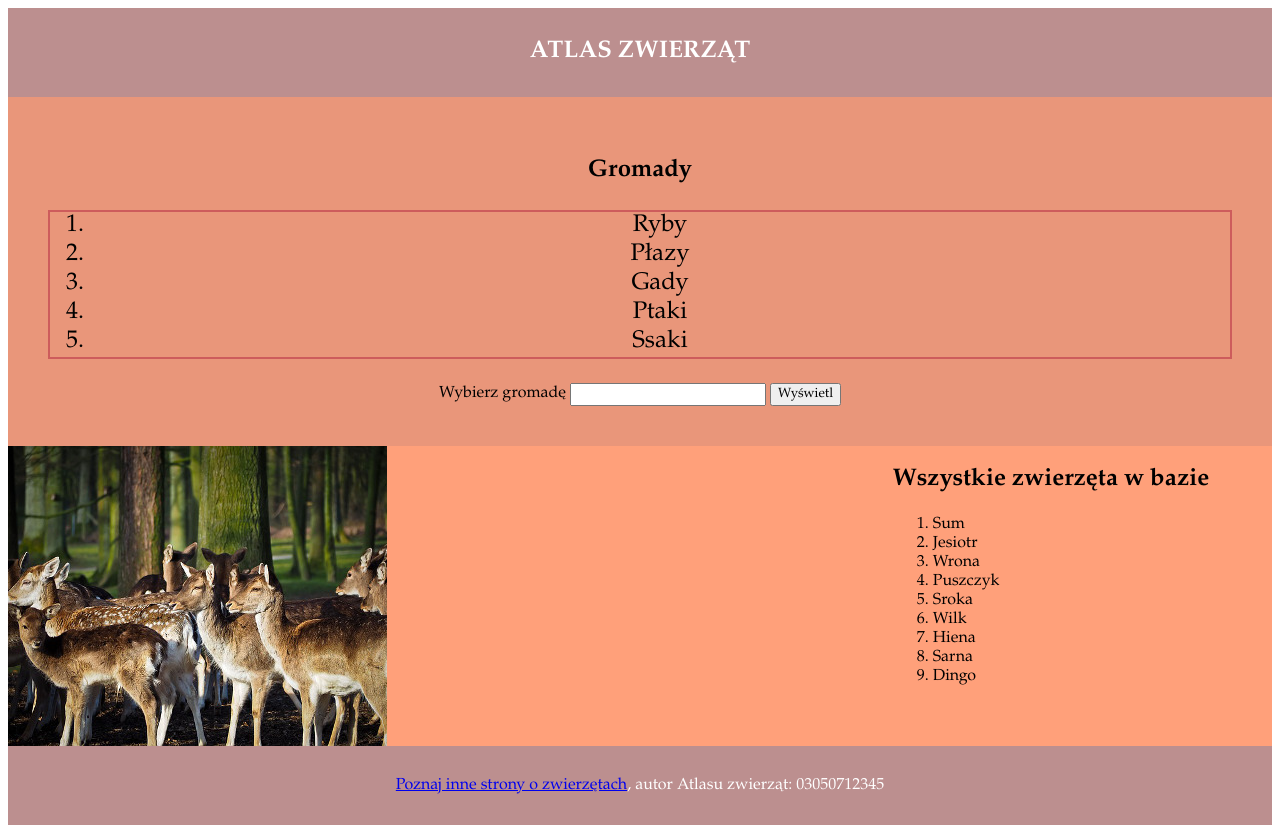
Repository: Lenerystia/HTML
Page: Zad.egz_3/index.html
These files come from the project's save history. The page is drawn as it stood at one moment and after the next save; the edit follows.
The browser window is 1280 px wide. The pictures show the whole page.

Above is the page before, as saved 2021-12-22 14:08:56.

After the next save:
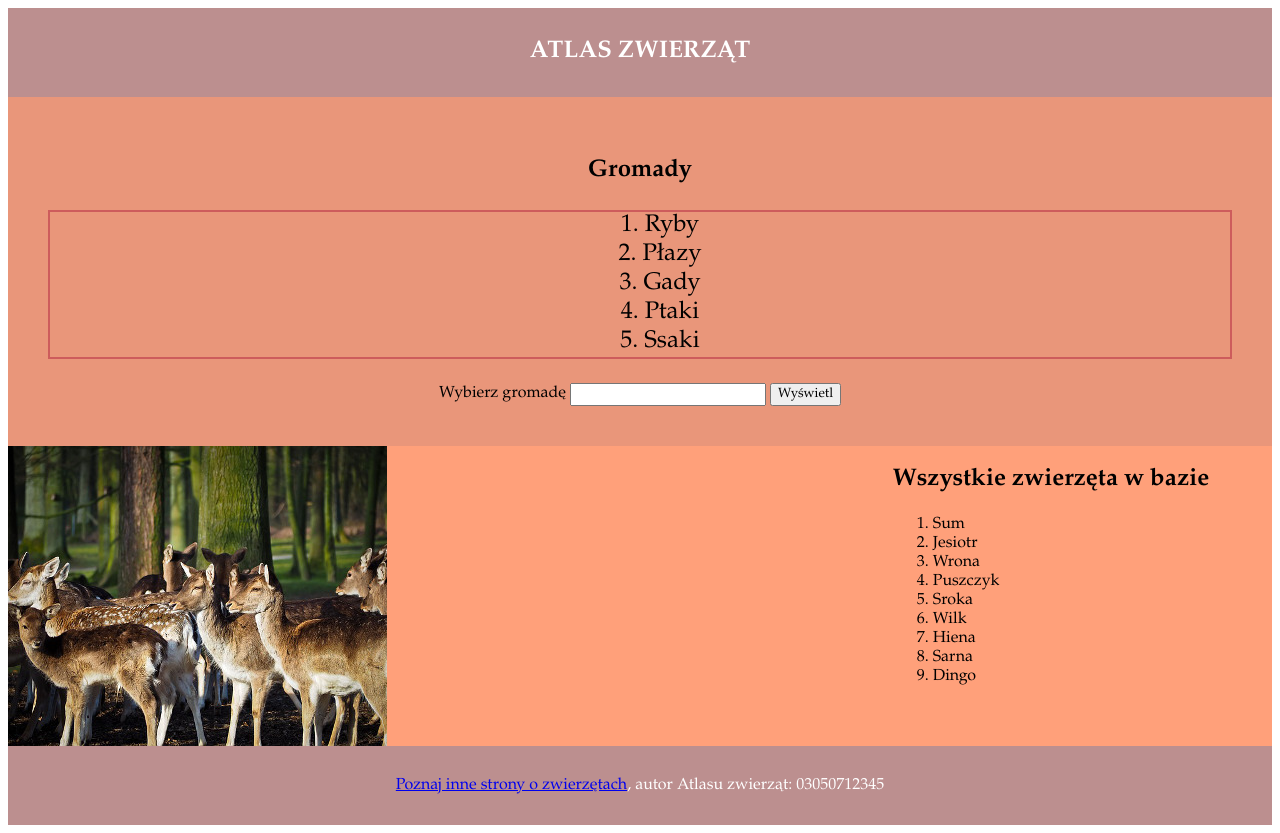
Saved 42 s later.
--- a/Zad.egz_3/styl3.css
+++ b/Zad.egz_3/styl3.css
@@ -10,6 +10,7 @@
 .formularz{
     background-color: darksalmon;
     text-align: center;
+    list-style-position: inside;
     padding: 40px;
 }
 .glownyLewy, .glownyPrawy{
